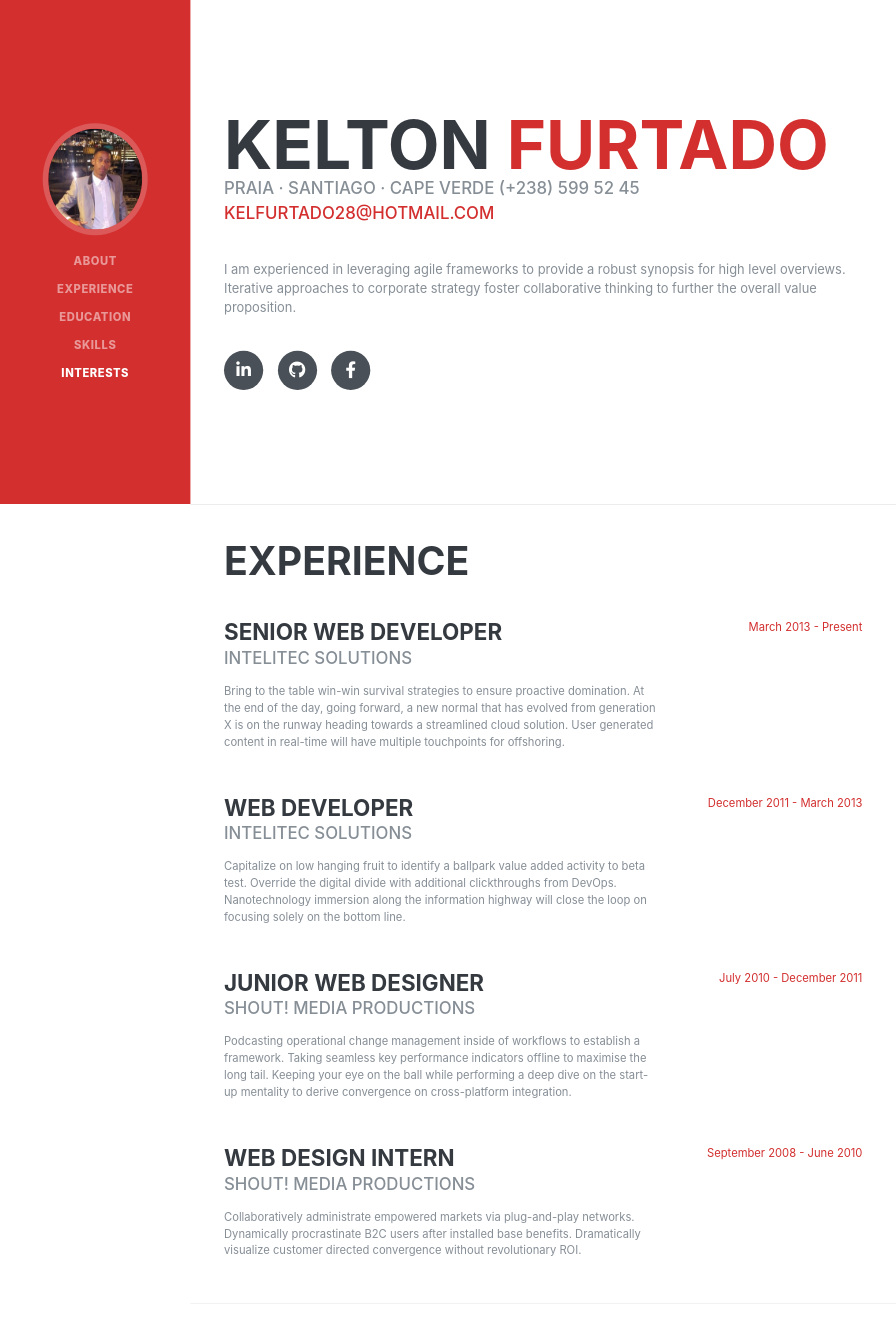
Repository: kcfurtado/kcfurtado.github.io
Page: index.html
The author's editor kept a copy of each file at every save. The page is drawn from the files as they stood at one save, then again after the next save.
The browser window is 1280 px wide. The pictures show the part of the page from y = 0 to 1920 px (the page is 4026 px tall before and 3938 px after), at 70% of full size.
Some web fonts or font styles are not loaded; a fallback is used.

Above is the page before, as saved 2020-04-04 10:20:10.

After the next save:
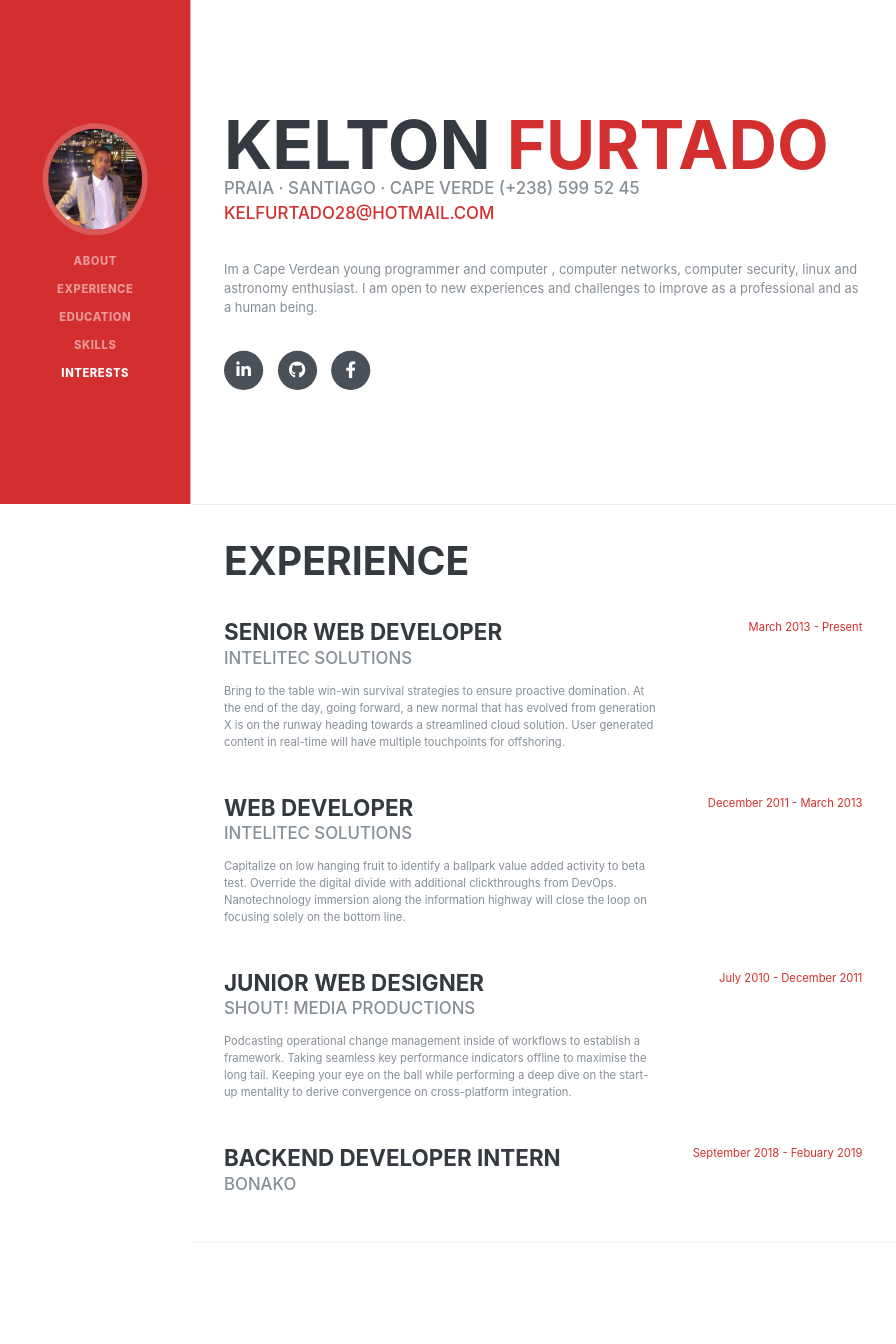
Saved 27 min 5 s later.
--- a/index.html
+++ b/index.html
@@ -69,7 +69,7 @@
         <div class="subheading mb-5">Praia · Santiago · Cape Verde (+238) 599 52 45
           <a target="_blank" href="mailto:kelfurtado28@hotmail.com">kelfurtado28@hotmail.com</a>
         </div>
-        <p class="lead mb-5">I am experienced in leveraging agile frameworks to provide a robust synopsis for high level overviews. Iterative approaches to corporate strategy foster collaborative thinking to further the overall value proposition.</p>
+        <p class="lead mb-5">Im a Cape Verdean young programmer and computer , computer networks, computer security, linux and astronomy enthusiast. I am open to new experiences and challenges to improve as a professional and as a human being.</p>
         <div class="social-icons">
           <a target="_blank" href="https://linkedin.com/in/kelton-furtado">
             <i class="fab fa-linkedin-in"></i>
@@ -128,12 +128,12 @@
 
         <div class="resume-item d-flex flex-column flex-md-row justify-content-between">
           <div class="resume-content">
-            <h3 class="mb-0">Web Design Intern</h3>
-            <div class="subheading mb-3">Shout! Media Productions</div>
-            <p>Collaboratively administrate empowered markets via plug-and-play networks. Dynamically procrastinate B2C users after installed base benefits. Dramatically visualize customer directed convergence without revolutionary ROI.</p>
-          </div>
-          <div class="resume-date text-md-right">
-            <span class="text-primary">September 2008 - June 2010</span>
+            <h3 class="mb-0">Backend Developer Intern</h3>
+            <div class="subheading mb-3">Bonako</div>
+            <p> </p>
+          </div>
+          <div class="resume-date text-md-right">
+            <span class="text-primary">September 2018 - Febuary 2019</span>
           </div>
         </div>
 
